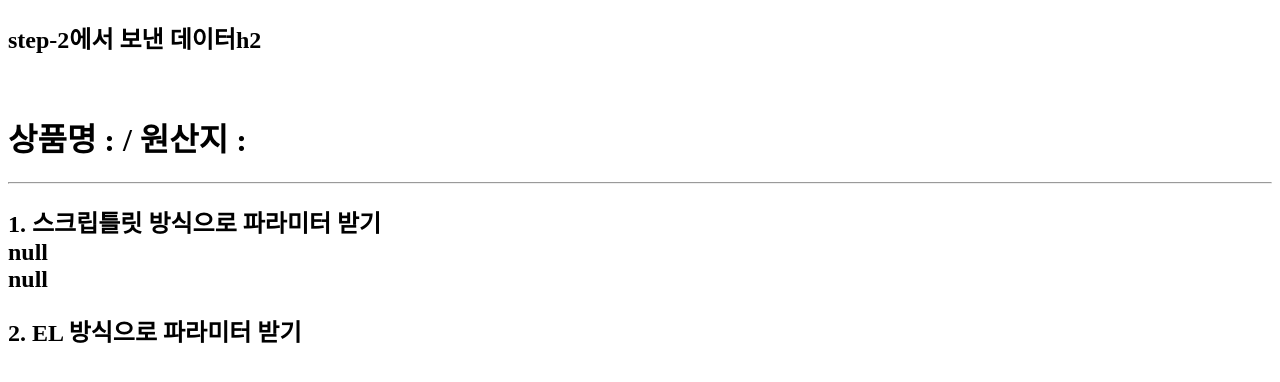
Repository: gajami-kim/240430_JSPJSTL_Study
Page: http://localhost/jstl_study/step-3.jsp
The author's editor kept a copy of each file at every save. The page is drawn from the files as they stood at one save, then again after the next save.
The browser window is 1280 px wide. The pictures show the whole page.
The page is served by Tomcat 9. Other server files are loaded and not shown.

Above is the page before, as saved 2024-04-11 03:11:36.

### _jspl_workspace/jstl_study/src/main/webapp/step-3.jsp
<%@ page language="java" contentType="text/html; charset=UTF-8"
    pageEncoding="UTF-8"%>
<!DOCTYPE html>
<html>
<head>
<meta charset="UTF-8">
<title>Insert title here</title>
</head>
<body>
	<h2>step-2에서 보낸 데이터h2</h2> <br>
	<h1>상품명 : ${param.name } / 원산지 : ${param.address }</h1>
	<hr>

	<h2>
		1. 스크립틀릿 방식으로 파라미터 받기 <br>

		<%= request.getParameter("name") %> <br>
		<%= request.getParameter("address") %>
	</h2>

	<h2>
		2. EL 방식으로 파라미터 받기
		${param.name } <br>
		${param.address }
	</h2>
</body>
</html>

After the next save:
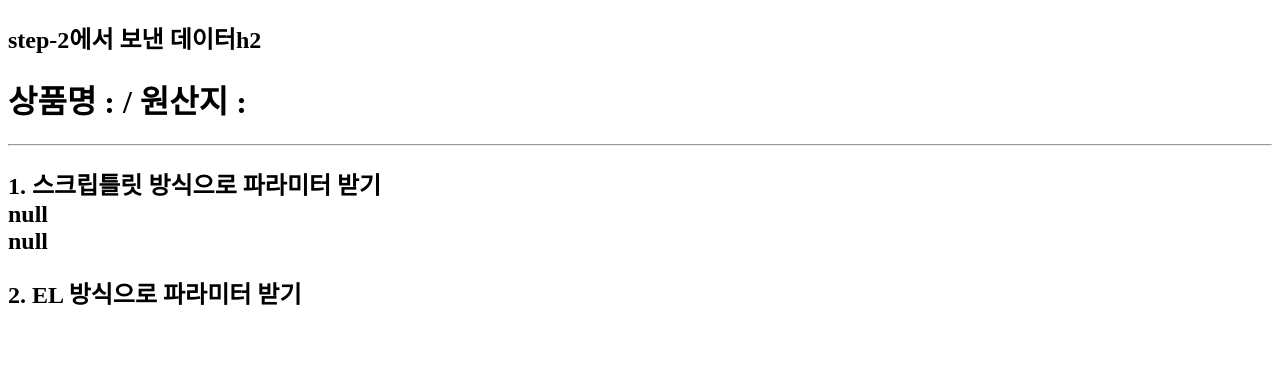
Saved 7 s later.
--- a/_jspl_workspace/jstl_study/src/main/webapp/step-3.jsp
+++ b/_jspl_workspace/jstl_study/src/main/webapp/step-3.jsp
@@ -7,7 +7,7 @@
 <title>Insert title here</title>
 </head>
 <body>
-	<h2>step-2에서 보낸 데이터h2</h2> <br>
+	<h2>step-2에서 보낸 데이터h2</h2>
 	<h1>상품명 : ${param.name } / 원산지 : ${param.address }</h1>
 	<hr>
 
